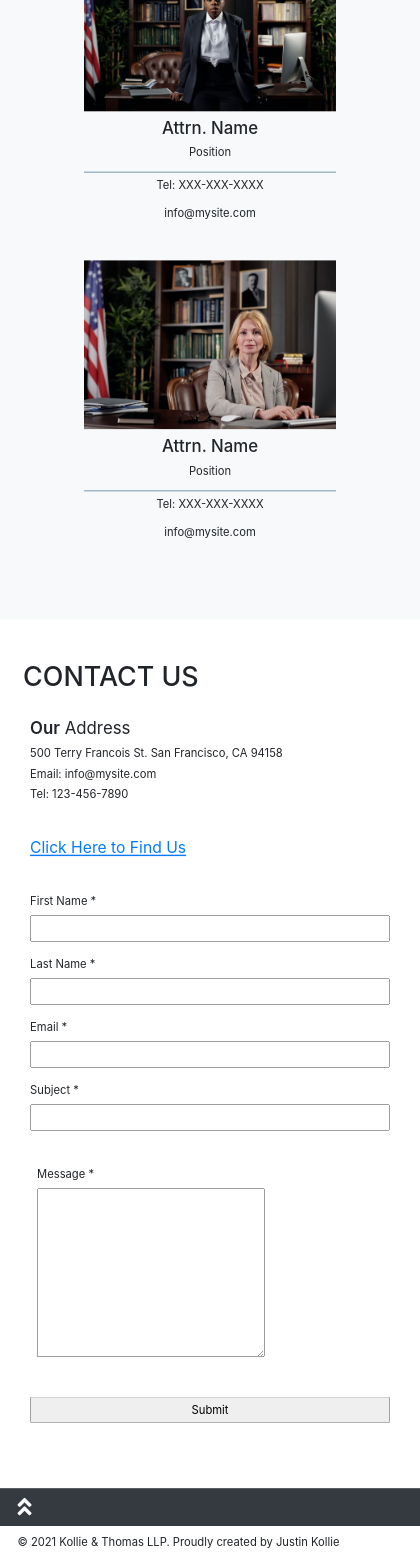
Repository: just-mann/kolllie-kolliellp
Page: index.html
These files come from the project's save history. The page is drawn as it stood at one moment and after the next save; the edit follows.
The browser window is 600 px wide. The pictures show the part of the page from y = 3810 to 6050 px (the page is 6050 px tall), at 70% of full size.

Above is the page before, as saved 2021-06-02 01:10:30.

After the next save:
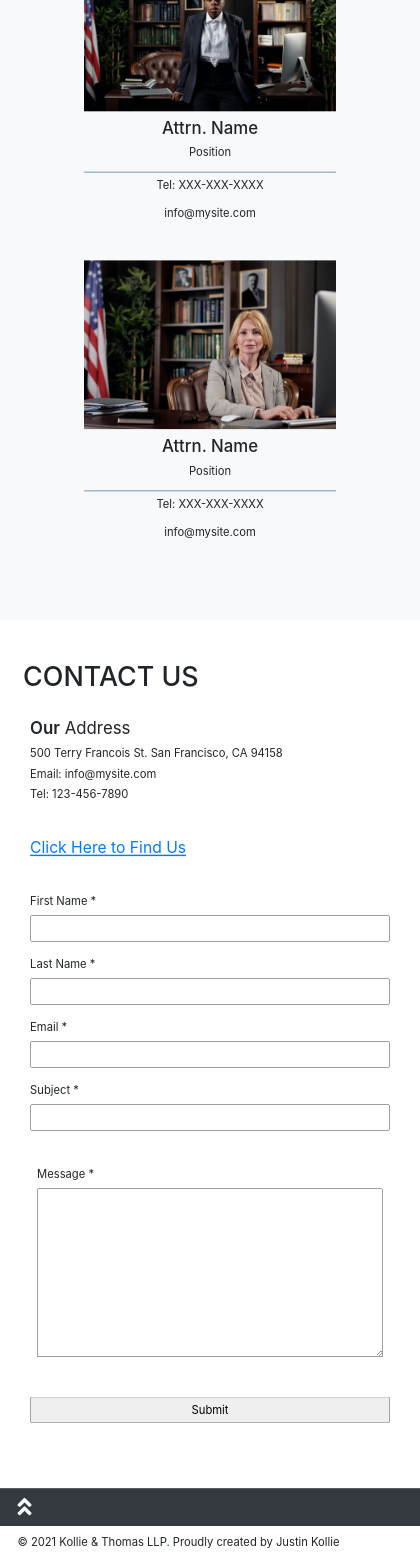
Saved 13 s later.
--- a/assets/css/style.css
+++ b/assets/css/style.css
@@ -227,7 +227,7 @@ body {
         max-width: 100%;
     }
 
-    form div label, form div input, form div .right__side textarea {
+    form div label, form div input, form .right__side textarea {
         width: 100%;
     }
 
